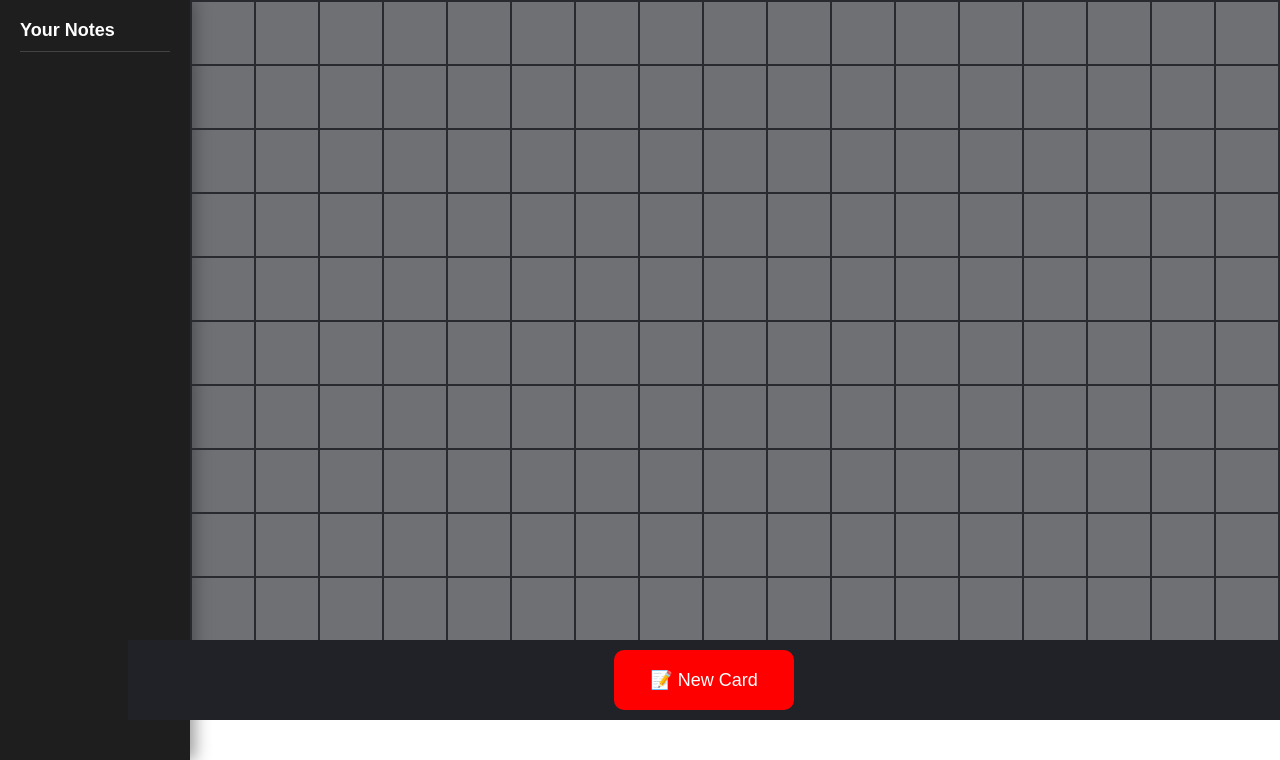
Repository: ErvinClay13/Memo-Glow
Page: index.html
These files come from the project's save history. The page is drawn as it stood at one moment and after the next save; the edit follows.
The browser window is 1280 px wide. The pictures show the whole page.

Above is the page before, as saved 2025-03-28 17:52:15.

### index.html
<!-- <!DOCTYPE html>
<html lang="en">
<head>
    <meta charset="UTF-8">
    <meta name="viewport" content="width=device-width, initial-scale=1.0">
    <link rel="stylesheet" href="style.css">
    <title>Document</title>
</head>
<body>
    <div id="container">
        <div id="card"></div>
        <div id="card2" style="display: none;"></div>
        <div id="card3" style="display: none;"></div>
        <div id="card4" style="display: none;"></div>
    </div>

    <div class="footer">
        <button id="cardBtn">New Card</button>
        <button id="cardBtn2" style="display: none;">New Card</button>
        <button id="cardBtn3" style="display: none;">New Card</button>

    </div>





    <div id="container"></div>

    <div class="footer">
        <button id="addCardBtn"> New Note</button>
    </div>
</body>
<script src="script.js"></script>
</html> -->





<!DOCTYPE html>
<html lang="en">
<head>
  <meta charset="UTF-8" />
  <meta name="viewport" content="width=device-width, initial-scale=1.0"/>
  <title>Sticky Notes</title>
  <link rel="stylesheet" href="style.css" />
</head>
<body>
  <div id="sidebar">
    <h3>Your Notes</h3>
    <ol id="noteList"></ol>
  </div>

  <div id="container"></div>

  <div class="footer">
    <button id="addCardBtn">📝 New Card</button>
  </div>

  <script src="script.js"></script>
</body>
</html>

### style.css
/* body {
    padding: 0;
    margin: 0;
}

#container {
    background-color: #212228a5;
    background-image: linear-gradient(#292a30 .1em, transparent .1em),
    linear-gradient(90deg, #292a30 .1em, transparent .1em);
    background-size: 4em 4em;
    height: 100vh;
}

.footer {
    background-color: #212228;
    background-image: linear-gradient(#292a30 .1em, transparent .1em),
    linear-gradient(90deg, #292a30 .1em, transparent .1em);
    background-size: 4em 4em;
}

#card {
    width: 300px;
    height: 300px;
    background-color: #ccff00;
    border-radius: 5px;
    cursor: pointer;
    position: fixed;
    display: flex;
    flex-direction: column;
    justify-content: center;
    align-items: center;
    box-shadow: 10px 10px 40px #aaff00;
}



#card2 {
    width: 300px;
    height: 300px;
    background-color: rgb(187, 13, 250);
    border-radius: 5px;
    cursor: pointer;
    position: fixed;
    display: flex;
    flex-direction: column;
    justify-content: center;
    align-items: center;
    box-shadow: 10px 10px 40px #aaff00;
}

#card3 {
    width: 300px;
    height: 300px;
    background-color: rgb(0, 149, 255);
    border-radius: 5px;
    cursor: pointer;
    position: fixed;
    display: flex;
    flex-direction: column;
    justify-content: center;
    align-items: center;
    box-shadow: 10px 10px 40px #aaff00;
}

#card4 {
    width: 300px;
    height: 300px;
    background-color: rgb(255, 0, 234);
    border-radius: 5px;
    cursor: pointer;
    position: fixed;
    display: flex;
    flex-direction: column;
    justify-content: center;
    align-items: center;
    box-shadow: 10px 10px 40px #aaff00;

}


#cardBtn {
    height: 200px;
    width: 200px;
    background-color: red;
}

#cardBtn2 {
    height: 200px;
    width: 200px;
    background-color: red;
}

#cardBtn3 {
    height: 200px;
    width: 200px;
    background-color: red;
}

#cardBtn4 {
    height: 200px;
    width: 200px;
    background-color: red;

}
 */












 body {
    margin: 0;
    padding: 0;
    display: flex;
    font-family: sans-serif;
    height: 100vh;
    overflow: hidden;
}

#sidebar {
    width: 10%;
    min-width: 150px;
    background-color: #1e1e1e;
    color: white;
    padding: 20px;
    box-shadow: 5px 0 15px rgba(0,0,0,0.4);
    overflow-y: auto;
    height: 100vh;
}

#sidebar h3 {
    margin-top: 0;
    font-size: 18px;
    border-bottom: 1px solid #444;
    padding-bottom: 10px;
}

#noteList {
    list-style: decimal inside;
    padding-left: 0;
}

.note-item {
    display: flex;
    justify-content: space-between;
    align-items: center;
    margin: 6px 0;
    background-color: #333;
    padding: 6px;
    border-radius: 5px;
    font-size: 14px;
}

.note-item span {
    flex: 1;
    margin-right: 10px;
    overflow-wrap: break-word;
}

.note-delete {
    background: none;
    border: none;
    color: red;
    font-size: 16px;
    cursor: pointer;
}

#container {
    background-color: #212228a5;
    background-image: linear-gradient(#292a30 0.1em, transparent 0.1em),
                      linear-gradient(90deg, #292a30 0.1em, transparent 0.1em);
    background-size: 4em 4em;
    flex: 1;
    position: relative;
}

.card {
    width: 300px;
    height: 300px;
    border-radius: 5px;
    cursor: pointer;
    position: absolute;
    display: flex;
    flex-direction: column;
    justify-content: center;
    align-items: center;
    padding: 20px;
    font-size: 16px;
    text-align: center;
    user-select: none;
}

.close-btn {
    position: absolute;
    top: 10px;
    right: 10px;
    background-color: black;
    color: white;
    border: none;
    border-radius: 50%;
    width: 25px;
    height: 25px;
    font-size: 14px;
    cursor: pointer;
    opacity: 0.7;
}

.close-btn:hover {
    opacity: 1;
}

.footer {
    position: fixed;
    bottom: 0;
    left: 10%;
    width: 90%;
    height: 80px;
    background-color: #212228;
    display: flex;
    justify-content: center;
    align-items: center;
    z-index: 100;
}

#addCardBtn {
    height: 60px;
    width: 180px;
    background-color: red;
    color: white;
    font-size: 18px;
    border: none;
    border-radius: 10px;
    cursor: pointer;
}

### script.js
// let cardCount = 0;
// const container = document.getElementById('container');
// const addCardBtn = document.getElementById('addCardBtn');

// const colors = [
//     '#ccff00',            // neon green
//     'rgb(187, 13, 250)',  // purple
//     'rgb(0, 149, 255)',   // blue
//     'rgb(255, 0, 234)'    // pink
// ];

// addCardBtn.addEventListener("click", () => {
//     if (cardCount >= colors.length) {
//         alert("Max number of cards reached!");
//         return;
//     }

//     // Create card
//     const card = document.createElement("div");
//     card.classList.add("card");
//     card.style.backgroundColor = colors[cardCount];
//     card.style.boxShadow = `10px 10px 40px ${colors[cardCount]}`;
//     card.style.top = `${100 + cardCount * 30}px`;
//     card.style.left = `${100 + cardCount * 30}px`;

//     // Get user input
//     const userText = prompt("Enter your card text:");

// // Cancel or empty input? Don't create the card.
// if (!userText) return;

// // Continue creating the card
// const para = document.createElement("p");
// para.innerText = userText;
// card.appendChild(para);


//     // Add delete button
//     const closeBtn = document.createElement("button");
//     closeBtn.innerText = "✕";
//     closeBtn.classList.add("close-btn");
//     closeBtn.addEventListener("click", () => {
//         container.removeChild(card);
//         cardCount--; // optional: allow reusing slots/colors
//     });
//     card.appendChild(closeBtn);

//     // Make card draggable
//     makeDraggable(card);

//     // Add to container
//     container.appendChild(card);
//     cardCount++;
// });

// // Draggable function
// function makeDraggable(card) {
//     let startX = 0, startY = 0, newX = 0, newY = 0;

//     card.addEventListener('mousedown', (e) => {
//         startX = e.clientX;
//         startY = e.clientY;

//         const onMouseMove = (e) => {
//             newX = startX - e.clientX;
//             newY = startY - e.clientY;
//             startX = e.clientX;
//             startY = e.clientY;
//             card.style.top = (card.offsetTop - newY) + 'px';
//             card.style.left = (card.offsetLeft - newX) + 'px';
//         };

//         const onMouseUp = () => {
//             document.removeEventListener('mousemove', onMouseMove);
//             document.removeEventListener('mouseup', onMouseUp);
//         };

//         document.addEventListener('mousemove', onMouseMove);
//         document.addEventListener('mouseup', onMouseUp);
//     });
// }






let cardCount = 0;
const container = document.getElementById('container');
const addCardBtn = document.getElementById('addCardBtn');
const noteList = document.getElementById('noteList');

const colors = [
    '#ccff00', '#bb0dfa', '#0095ff', '#ff00ea',
    '#ffa500', '#00ffaa', '#ff5555', '#aaff00'
];

addCardBtn.addEventListener("click", () => {
    const userText = prompt("Enter your card text:");
    if (!userText) return;

    const card = document.createElement("div");
    card.classList.add("card");
    card.style.backgroundColor = colors[cardCount % colors.length];
    card.style.boxShadow = `10px 10px 40px ${colors[cardCount % colors.length]}`;
    card.style.top = `${100 + cardCount * 20}px`;
    card.style.left = `${200 + cardCount * 20}px`;

    const para = document.createElement("p");
    para.innerText = userText;
    card.appendChild(para);

    const closeBtn = document.createElement("button");
    closeBtn.innerText = "✕";
    closeBtn.classList.add("close-btn");

    // Sidebar list item
    const listItem = document.createElement("li");
    listItem.classList.add("note-item");
    const span = document.createElement("span");
    span.innerText = userText;

    const deleteNoteBtn = document.createElement("button");
    deleteNoteBtn.classList.add("note-delete");
    deleteNoteBtn.innerText = "✕";

    // Delete logic
    function deleteBoth() {
        container.removeChild(card);
        noteList.removeChild(listItem);
    }

    closeBtn.addEventListener("click", deleteBoth);
    deleteNoteBtn.addEventListener("click", deleteBoth);

    listItem.appendChild(span);
    listItem.appendChild(deleteNoteBtn);
    noteList.appendChild(listItem);

    card.appendChild(closeBtn);
    container.appendChild(card);

    cardCount++;
    makeDraggable(card);
});

// Draggable function
function makeDraggable(card) {
    let offsetX = 0, offsetY = 0, isDragging = false;

    card.addEventListener("mousedown", (e) => {
        isDragging = true;
        offsetX = e.clientX - card.offsetLeft;
        offsetY = e.clientY - card.offsetTop;

        function onMouseMove(e) {
            if (!isDragging) return;
            card.style.left = `${e.clientX - offsetX}px`;
            card.style.top = `${e.clientY - offsetY}px`;
        }

        function onMouseUp() {
            isDragging = false;
            document.removeEventListener("mousemove", onMouseMove);
            document.removeEventListener("mouseup", onMouseUp);
        }

        document.addEventListener("mousemove", onMouseMove);
        document.addEventListener("mouseup", onMouseUp);
    });
}

After the next save:
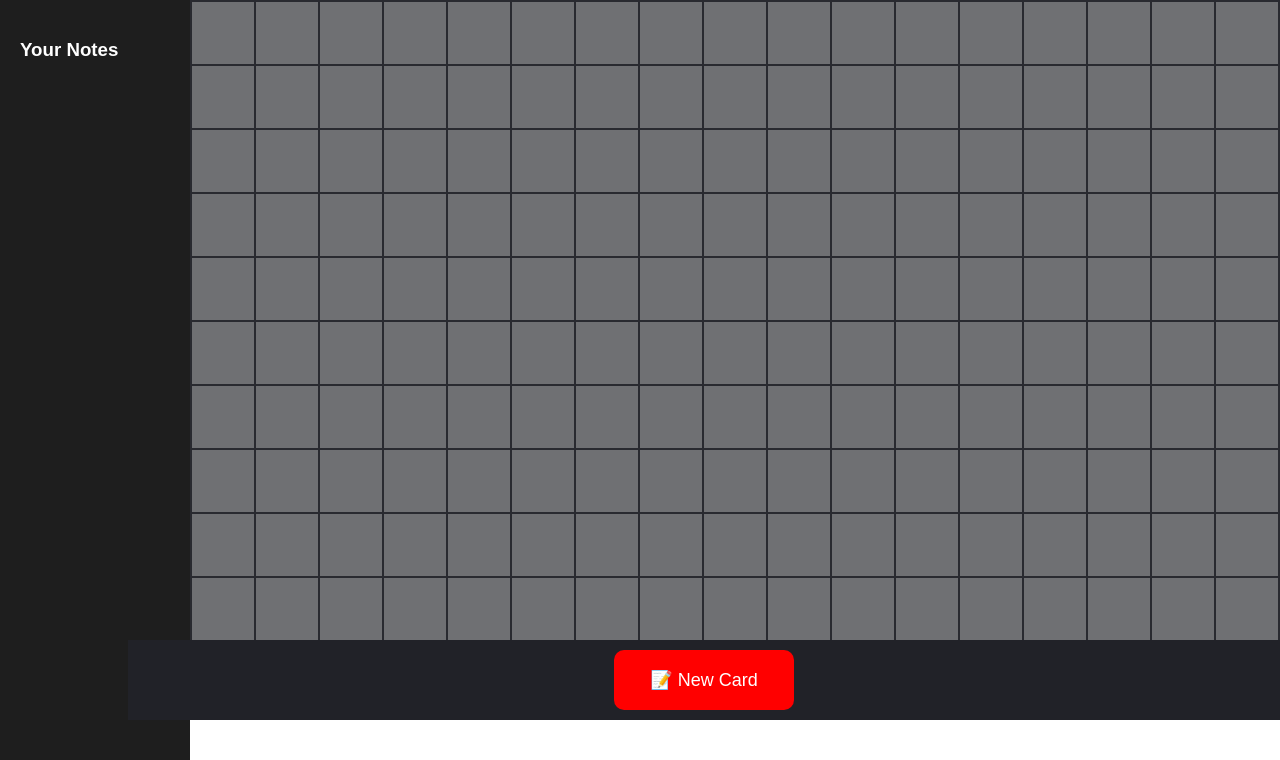
Saved 20 s later.
--- a/style.css
+++ b/style.css
@@ -118,36 +118,28 @@
  body {
     margin: 0;
     padding: 0;
-    display: flex;
     font-family: sans-serif;
     height: 100vh;
+    display: flex;
     overflow: hidden;
-}
-
-#sidebar {
+  }
+
+  #sidebar {
     width: 10%;
     min-width: 150px;
     background-color: #1e1e1e;
     color: white;
     padding: 20px;
-    box-shadow: 5px 0 15px rgba(0,0,0,0.4);
+    height: 100vh;
     overflow-y: auto;
-    height: 100vh;
-}
-
-#sidebar h3 {
-    margin-top: 0;
-    font-size: 18px;
-    border-bottom: 1px solid #444;
-    padding-bottom: 10px;
-}
-
-#noteList {
+  }
+
+  #noteList {
     list-style: decimal inside;
     padding-left: 0;
-}
-
-.note-item {
+  }
+
+  .note-item {
     display: flex;
     justify-content: space-between;
     align-items: center;
@@ -156,36 +148,35 @@
     padding: 6px;
     border-radius: 5px;
     font-size: 14px;
-}
-
-.note-item span {
+  }
+
+  .note-item span {
     flex: 1;
     margin-right: 10px;
-    overflow-wrap: break-word;
-}
-
-.note-delete {
+  }
+
+  .note-delete {
     background: none;
     border: none;
     color: red;
     font-size: 16px;
     cursor: pointer;
-}
-
-#container {
+  }
+
+  #container {
+    flex: 1;
     background-color: #212228a5;
     background-image: linear-gradient(#292a30 0.1em, transparent 0.1em),
-                      linear-gradient(90deg, #292a30 0.1em, transparent 0.1em);
+      linear-gradient(90deg, #292a30 0.1em, transparent 0.1em);
     background-size: 4em 4em;
-    flex: 1;
     position: relative;
-}
-
-.card {
-    width: 300px;
-    height: 300px;
-    border-radius: 5px;
-    cursor: pointer;
+    overflow: hidden;
+  }
+
+  .card {
+    width: 300px;
+    height: 300px;
+    border-radius: 5px;
     position: absolute;
     display: flex;
     flex-direction: column;
@@ -194,10 +185,10 @@
     padding: 20px;
     font-size: 16px;
     text-align: center;
-    user-select: none;
-}
-
-.close-btn {
+    cursor: pointer;
+  }
+
+  .close-btn {
     position: absolute;
     top: 10px;
     right: 10px;
@@ -210,13 +201,9 @@
     font-size: 14px;
     cursor: pointer;
     opacity: 0.7;
-}
-
-.close-btn:hover {
-    opacity: 1;
-}
-
-.footer {
+  }
+
+  .footer {
     position: fixed;
     bottom: 0;
     left: 10%;
@@ -227,9 +214,9 @@
     justify-content: center;
     align-items: center;
     z-index: 100;
-}
-
-#addCardBtn {
+  }
+
+  #addCardBtn {
     height: 60px;
     width: 180px;
     background-color: red;
@@ -238,4 +225,4 @@
     border: none;
     border-radius: 10px;
     cursor: pointer;
-}
+  }
